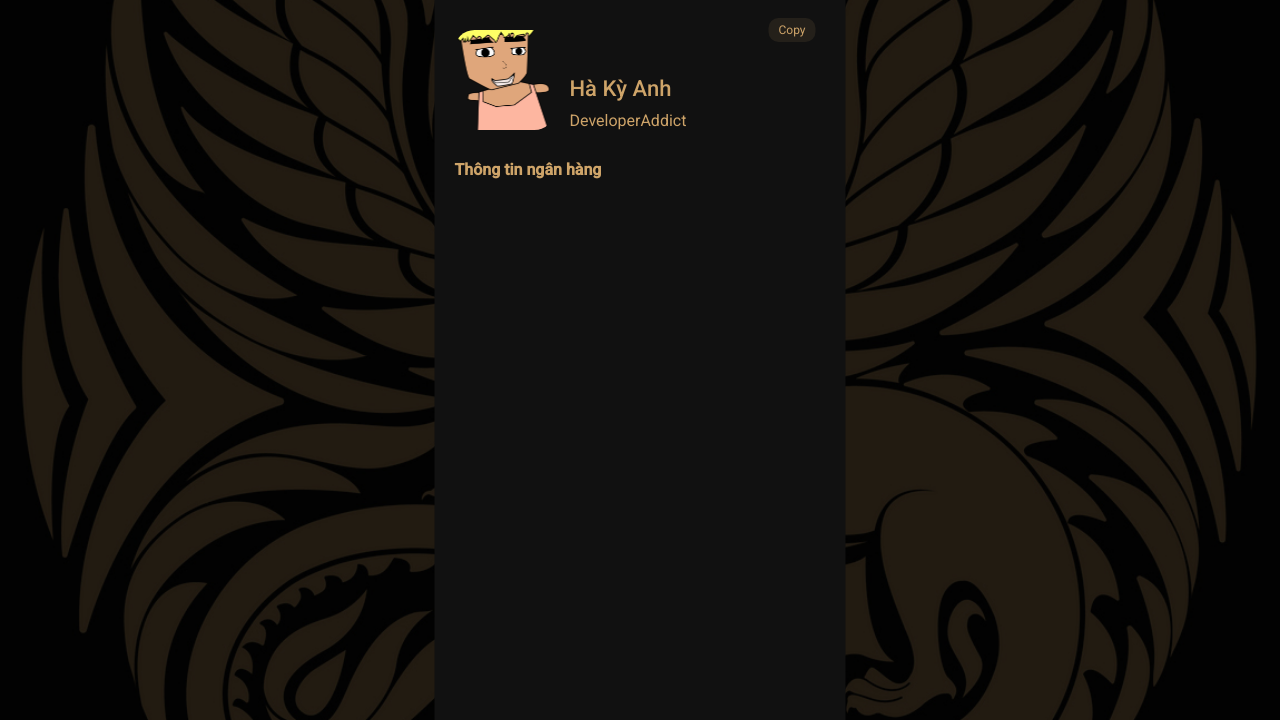
Repository: yzarc204/nguyen-tien-viet-hoang
Page: thong-tin-thanh-toan/index.html
An editor plug-in stored every save of this project. The page is shown before and after the next save, followed by the edit.
The browser window is 1280 px wide. The pictures show the whole page.

Above is the page before, as saved 2021-09-27 13:54:09.

### thong-tin-thanh-toan/index.html
<!DOCTYPE html>
<html lang="en">
<head>
    <meta charset="UTF-8">
    <meta http-equiv="X-UA-Compatible" content="IE=edge">
    <meta name="viewport" content="width=device-width, initial-scale=1.0">
    <title>Personal Card</title>
    <!-- Google Fonts -->
    <link rel="preconnect" href="https://fonts.googleapis.com">
    <link rel="preconnect" href="https://fonts.gstatic.com" crossorigin>
    <link href="https://fonts.googleapis.com/css2?family=Roboto:wght@300;400;500&display=swap" rel="stylesheet">
    <!-- CSS -->
    <link rel="stylesheet" href="./public/css/index.css">
    <link rel="stylesheet" href="./public/css/responsive.css">
</head>
<body>
    <div class="container">
        <div class="profile-header">
            <!-- <img alt="Avatar"
                src="https://source.unsplash.com/random"
                class="profile-avatar">
            <div class="profile-info">
                <h4 class="profile-name">Nguyễn Thị Kỳ Anh Ninh Dương Lan</h4>
                <div class="skills">
                    <div class="skill-tag">Developer</div>
                    <div class="skill-tag">Designer</div>
                </div>
            </div> -->
        </div>
        <h4 class="title">Thông tin ngân hàng</h4>
        <div class="banks">
            <!-- <div class="bank">
                <img src="./public/images/facebook.png" class="bank-logo">
                <div class="bank-info">
                    <p class="bank-name">BIDV</p>
                    <p class="bank-number">STK: 107866816570</p>
                    <p class="bank-owner">CTK: Trường Kỳ Kháng Chiến</p>
                </div>
                <span class="btn-copy">Copy</span>
            </div>
            <div class="bank">
                <img src="./public/images/facebook.png" class="bank-logo">
                <div class="bank-info">
                    <p class="bank-name">BIDV</p>
                    <p class="bank-number">STK: 107866816570</p>
                    <p class="bank-owner">CTK: Trường Kỳ Kháng Chiến</p>
                </div>
                <span class="btn-copy">Copy</span>
            </div>
            <div class="bank">
                <img src="./public/images/facebook.png" class="bank-logo">
                <div class="bank-info">
                    <p class="bank-name">BIDV</p>
                    <p class="bank-number">STK: 107866816570</p>
                    <p class="bank-owner">CTK: Trường Kỳ Kháng Chiến</p>
                </div>
                <span class="btn-copy">Copy</span>
            </div> -->
        </div>
    </div>
    <div class="background"></div>

    <!-- Javascript -->
    <script src="./public/js/config.js"></script>
    <script src="./public/js/render.js"></script>
    <script src="./public/js/index.js"></script>
</body>
</html>

### thong-tin-thanh-toan/public/css/index.css
* {
    padding: 0;
    margin: 0;
    box-sizing: border-box;
    -webkit-box-sizing: border-box;
    -o-box-sizing: border-box;
    -moz-box-sizing: border-box;
    font-family: 'Roboto', sans-serif;
}

:root {
    --primary-color: #cea469;
    --secondary-color: #231f20;
    --dark-color: #cea469;
}

body {
    overflow: hidden !important;
    background: url(../images/background.jpg);
    background-size: cover;
    background-position: center;
}
/* ===== BACKGROUND ===== */
/* ===== CONTAINER ===== */
.container{
    width: 411px;
    max-width: 100vh;
    height: 100vh;
    position: absolute;
    top: 0;
    left: 50%;
    transform: translateX(-50%);
    padding: 30px 20px;
    overflow: hidden scroll;
    background: #111;
    color: var(--primary-color);
    position: relative;
}
/* ===== PROFILE HEADER ===== */
.profile-header{
    width: 100%;
    display: flex;
    flex-wrap: wrap;
    margin-bottom: 30px;
}
.profile-avatar{
    width: 100px;
    height: 100px;
    object-fit: cover;
    object-position: center;
    border-radius: 20px;
}
.profile-info{
    margin-top: auto;
    padding: 0px 15px;
    flex: 1;
}
.profile-name{
    margin-bottom: 10px;
    font-size: 22px;
    font-weight: 500;
}
.skills{
    display: flex;
    flex-wrap: nowrap;
}
.skill-tag{
    padding: 3px 10px;
    margin-right: 10px;
    color: var(--primary-color);
    font-size: 12px;
    position: relative;
    display: none;
}
.skill-tag:before {
    content: "";
    position: absolute;
    top: 0;
    right: 0;
    bottom: 0;
    left: 0;
    background-color: currentColor;
    opacity: 0.25;
    border-radius: 5px;
}
.skill-tag:first-child {
    display: block;
}
.skill-tag:nth-child(2) {
    display: block;
}
/* ===== TITLE ===== */
.title{
    margin-bottom: 15px;
}
/* ===== BANKS ===== */
.banks {
    width: 100%;
    --size: 80px;
    --border-size: 2px;
    --border-rounded: 25px;
}
.bank:last-child {
    margin-bottom: 0px;
}
.bank {
    width: 100%;
    height: var(--size);
    background: var(--secondary-color);
    margin-bottom: 20px;
    display: flex;
    flex-wrap: wrap;
    border: var(--border-size) solid var(--dark-color);
    /* border-radius: var(--border-rounded); */
    transition: 0.2s ease-in-out;
}
.bank-logo {
   height: 100%;
   object-fit: cover;
   object-position: center;
   transition: 0.3s ease;
}
.bank-info {
    flex: 1;
    text-align: center;
    padding: 10px 7.5px;
    display: flex;
    flex-direction: column;
    justify-content: space-between;
    align-items: center;
}
.bank-info > p {
    font-weight: 500;
    line-height: 1;
}
.bank-name{
    font-size: 13px;
}
.bank-number{
    font-size: 13px;
}
.bank-owner {
    font-size: 13px;
}
.btn-copy{
    font-size: 12px;
    height: fit-content;
    padding: 5px 10px;
    position: relative;
    top: 50%;
    right: 10px;
    transform: translateY(-50%);
    cursor: pointer;
}
.btn-copy:before {
    content: "";
    position: absolute;
    top: 0;
    right: 0;
    bottom: 0;
    left: 0;
    background: var(--dark-color);
    border-radius: 10px;
    opacity: 0.1;
}
.btn-copy:hover:before {
    opacity: 1;
    background: transparent;
    border: 1px solid var(--primary-color);
}
.bank:hover {
    background-color: #000;
    background-image: url('../images/bank_background.png');
    background-size: cover;
    background-position: center;
}
.bank:hover .bank-logo {
    opacity: 0;
}

### thong-tin-thanh-toan/public/css/responsive.css
@media only screen and (max-width: 410px) {
    .container {
        width: 100vw;
    }
}

@media only screen and (max-width: 355px) {
    .profile-avatar {
        width: 90px;
        height: 90px;
    }
    .profile-name {
        font-size: 20px;
    }
    .bank {
        height: 70px;
    }
    .bank-info {
        padding: 10px;
    }
    .bank-info > p {
        font-size: 13px;
    }
}

@media only screen and (max-width: 355px) {
    .profile-avatar {
        width: 80px;
        height: 80px;
    }
    .profile-name {
        font-size: 18px;
    }
    .bank {
        height: 65px;
    }
    .bank-info {
        padding: 7.5px 5px;
    }
    .bank-info > p {
        font-size: 10px;
    }
    .btn-copy {
        font-size: 10px;
    }
}

### thong-tin-thanh-toan/public/js/config.js
const WEB = {
    title: "Thanh toán trực tuyến",
    favicon: ""
};

const USER = {
    username: "Hà Kỳ Anh",
    avatar: "tat.png",
    skills: [
        "Developer",
        "Addict"
    ],
    banks: [
        {
            name: "Agribank",
            logo: "agribank.png",
            number: "107866816570",
        },
        {
            name: "Momo",
            logo: "momo.png",
            number: "107866816570",
        },
        {
            name: "Vietcombank",
            logo: "vietcombank.png",
            number: "107866816570",
        },
        {
            name: "Viettinbank",
            logo: "viettinbank.png",
            number: "107866816570",
        }
    ]
};

### thong-tin-thanh-toan/public/js/render.js
const elmProfileHeader = document.querySelector('.profile-header');

function RenderProfileHeader(username, avatar, skills = []) {
    let htmlSkill = '';
    skills.forEach(skill => {
        htmlSkill += `
            <div class="skill">${skill}</div>
        `;
    })

    let htmlProfile = '';
    htmlProfile += `
        <img alt="Avatar"
            src="./public/images/avatars/${avatar}"
            class="profile-avatar">
        <div class="profile-info">
            <h4 class="profile-name">${username}</h4>
            <div class="skills">
                ${htmlSkill}
            </div>
        </div>
        <span class="btn-copy">Copy</span>
    `;

    elmProfileHeader.innerHTML = htmlProfile;
}

### thong-tin-thanh-toan/public/js/index.js
const user = USER;
RenderProfileHeader(user.username, user.avatar, user.skills);

After the next save:
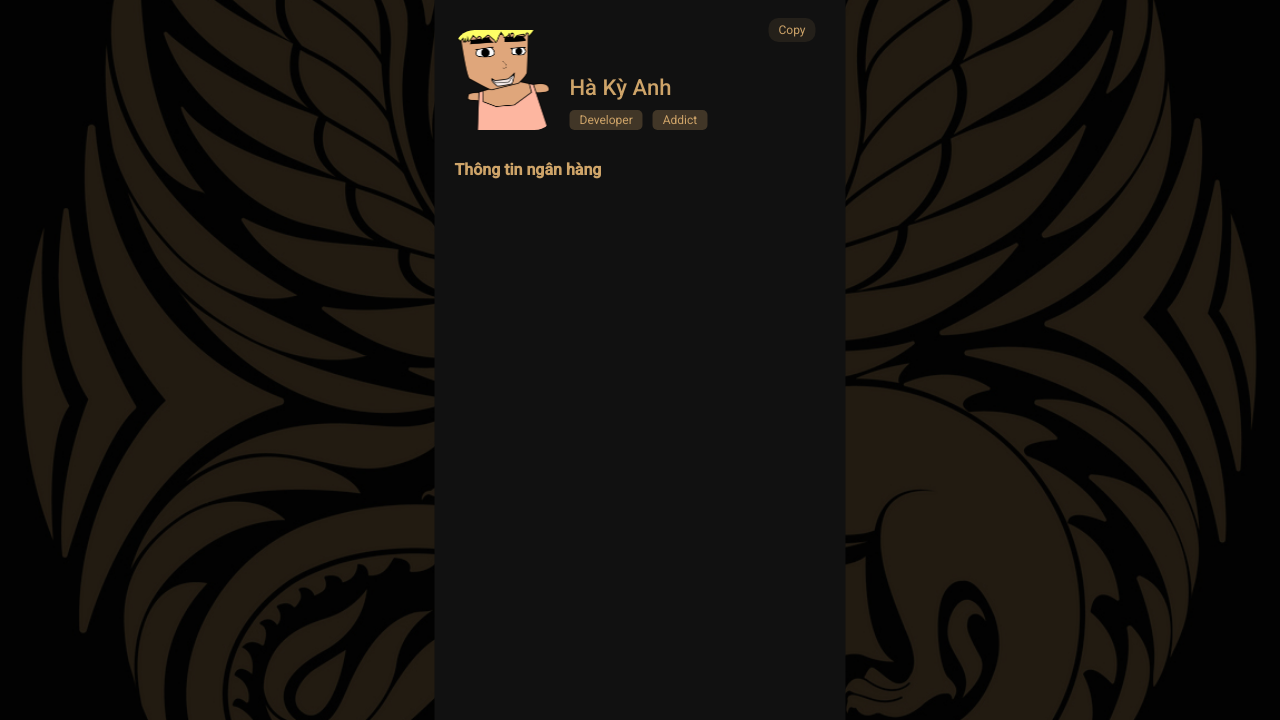
Saved 28 s later.
--- a/thong-tin-thanh-toan/public/js/render.js
+++ b/thong-tin-thanh-toan/public/js/render.js
@@ -4,7 +4,7 @@ function RenderProfileHeader(username, avatar, skills = []) {
     let htmlSkill = '';
     skills.forEach(skill => {
         htmlSkill += `
-            <div class="skill">${skill}</div>
+            <div class="skill-tag">${skill}</div>
         `;
     })
 
